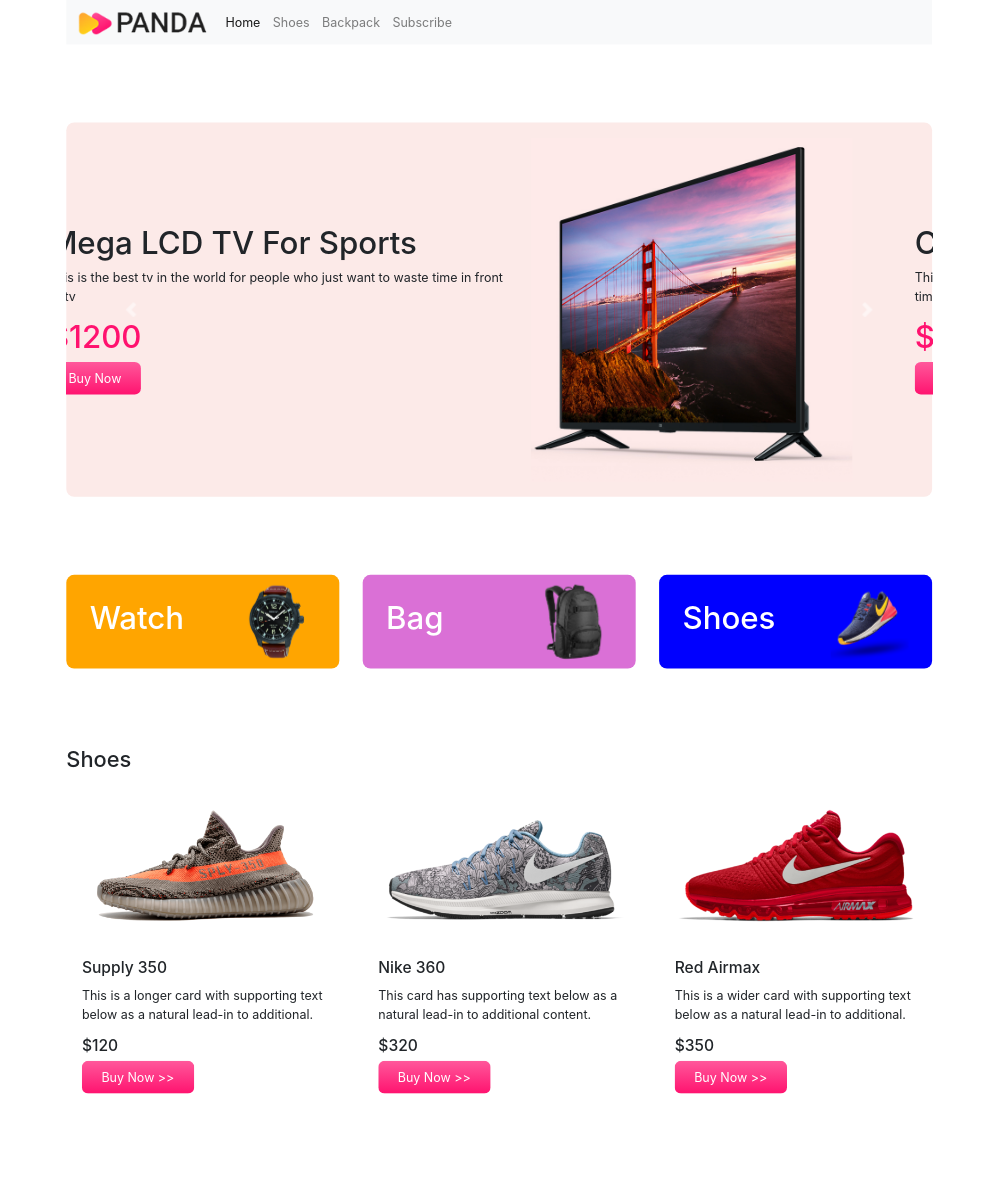
Repository: mohsinfarabi/panda-commerce
Page: index.html
An editor plug-in stored every save of this project. The page is shown before and after the next save, followed by the edit.
The browser window is 1280 px wide. The pictures show the whole page, at 78% of full size.

Above is the page before, as saved 2020-07-07 03:13:08.

After the next save:
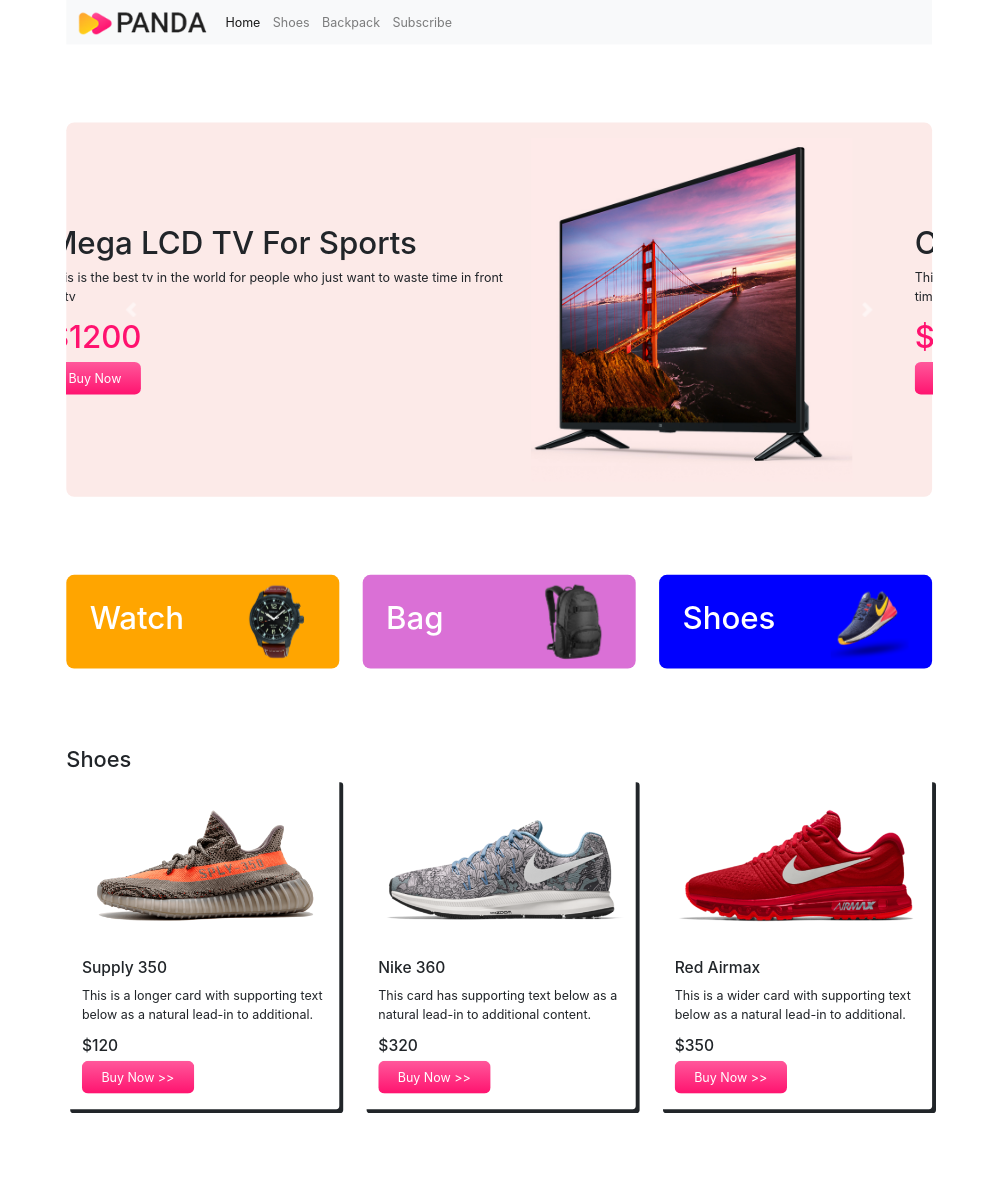
Saved 29 s later.
--- a/style.css
+++ b/style.css
@@ -53,4 +53,5 @@
 
 .card {
     border: none;
+    box-shadow: 5px 5px;
 }
